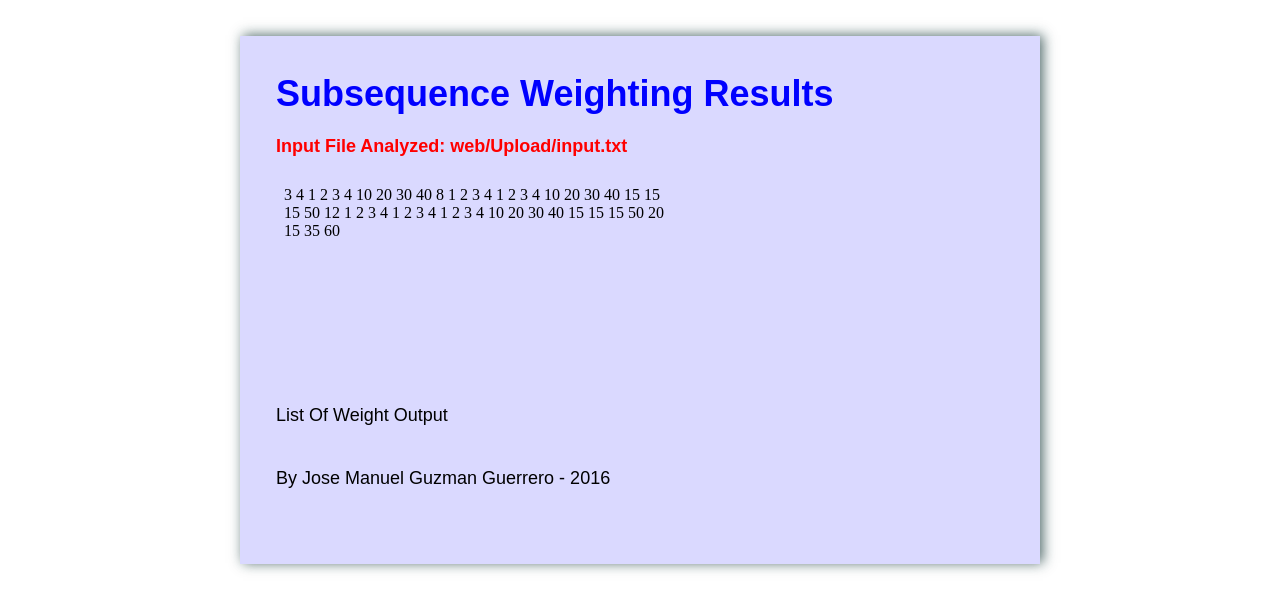
Repository: manolog8/subsequence
Page: src/SW/SubsequenceBundle/Resources/views/SubSequence/index.html.twig
The author's editor kept a record of every edit. The page is drawn from the files as they stood at one moment, then again after the next edit.
The browser window is 1280 px wide. The pictures show the whole page.
The page is a Twig template of a Symfony application; nobody is signed in and links lead nowhere. The template is opened directly, without the code that normally fills it, so the values that code supplies are empty.

Above is the page before.

### src/SW/SubsequenceBundle/Resources/views/SubSequence/index.html.twig
<!DOCTYPE html>
<html>
    <head>
        <meta charset="UTF-8" />
        <title>{% block title %}Subsequence Weighting{% endblock %}</title>
        <link rel="icon" type="image/x-icon" href="{{ asset('favicon.ico') }}" />
    </head>
    <body>
    {% block body %}
    <div id="wrapper">
        <div id="container">
            <h1>Subsequence Weighting Results</h1>
                <div id="welcome">
                     <strong><p>Input File Analyzed: web/Upload/input.txt</p></strong>
                    <object type="text/plain" data='../../../../../../../../web/Upload/input.txt' width="400" height="180"></object>
                </div>
                <div id="welcome">
                    <p>List Of Weight Output</p>
                </div>
                <div id="welcome">
                    <ul>
                    {% for key, weight in weightlist %}
                        <li>{{ key }}: <strong>{{ weight}}</strong></li>
                    {% endfor %}
                    </ul>
                </div>
                <div id="welcome">
                    <p>By Jose Manuel Guzman Guerrero - 2016 </p>
                </div>
        </div>
    </div>
{% endblock %}
{% block stylesheets %}
<style>
    body { background: #FFFFFF; font: 18px/1.5 sans-serif; }
    h1, h2 { line-height: 1.2; margin: 0 0 .5em;color:blue; }
    h1 { font-size: 36px; }
    h2 { font-size: 21px; margin-bottom: 1em; }
    p { margin: 0 0 1em 0; }
    a { color: #0000F0; }
    a:hover { text-decoration: none; }
    strong { color: Red; }
    #wrapper { background: #DAD9FF; margin: 1em auto; max-width: 800px; width: 95%; }
    #container { padding: 2em; box-shadow:  3px -1px 12px 0px rgba(14, 50, 50, 0.72);}
    #welcome, #status { margin-bottom: 2em; }
    #welcome h1 span { display: block; font-size: 75%; }
    #icon-status, #icon-book { float: left; height: 64px; margin-right: 1em; margin-top: -4px; width: 64px; }
    #icon-book { display: none; }

    @media (min-width: 768px) {
        #wrapper { width: 80%; margin: 2em auto; }
        #icon-book { display: inline-block; }
        #status a, #next a { display: block; }
        @-webkit-keyframes fade-in { 0% { opacity: 0; } 100% { opacity: 1; } }
        @keyframes fade-in { 0% { opacity: 0; } 100% { opacity: 1; } }
        .sf-toolbar { opacity: 0; -webkit-animation: fade-in 1s .2s forwards; animation: fade-in 1s .2s forwards;}
    }
</style>
{% endblock %}
</html>

### web/Upload/input.txt
3
4
1 2 3 4
10 20 30 40
8
1 2 3 4 1 2 3 4
10 20 30 40 15 15 15 50
12
1 2 3 4 1 2 3 4 1 2 3 4
10 20 30 40 15 15 15 50 20 15 35 60

After the next edit:
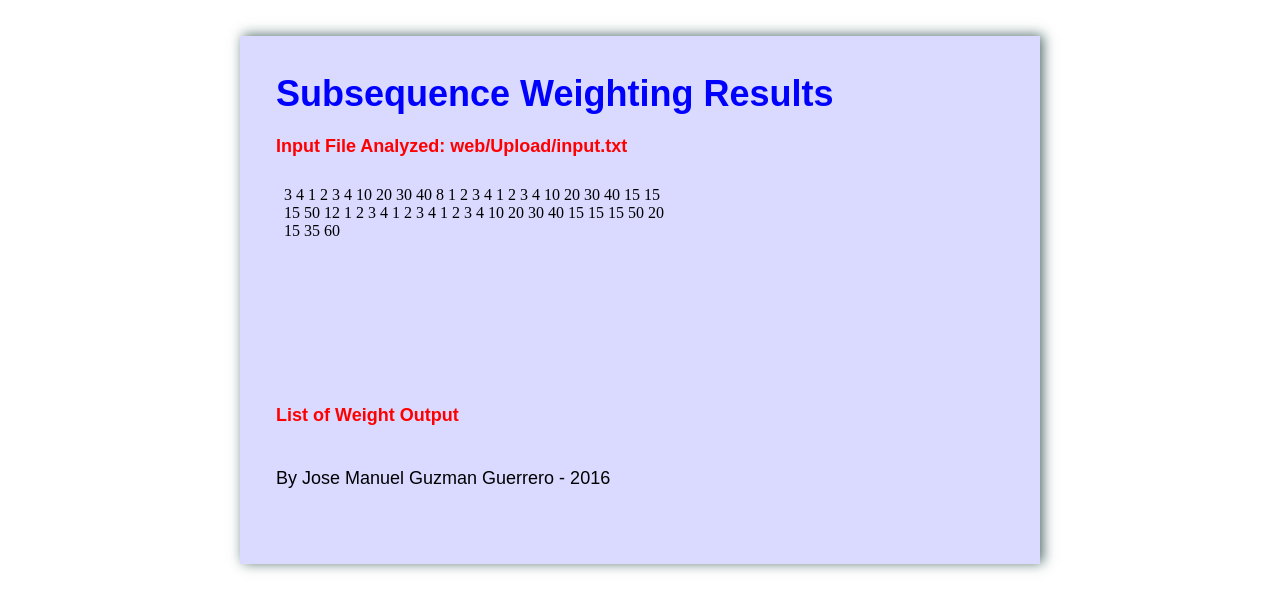
The edit:
--- a/src/SW/SubsequenceBundle/Resources/views/SubSequence/index.html.twig
+++ b/src/SW/SubsequenceBundle/Resources/views/SubSequence/index.html.twig
@@ -15,7 +15,7 @@
                     <object type="text/plain" data='../../../../../../../../web/Upload/input.txt' width="400" height="180"></object>
                 </div>
                 <div id="welcome">
-                    <p>List Of Weight Output</p>
+                    <strong><p>List of Weight Output</p></strong>
                 </div>
                 <div id="welcome">
                     <ul>
